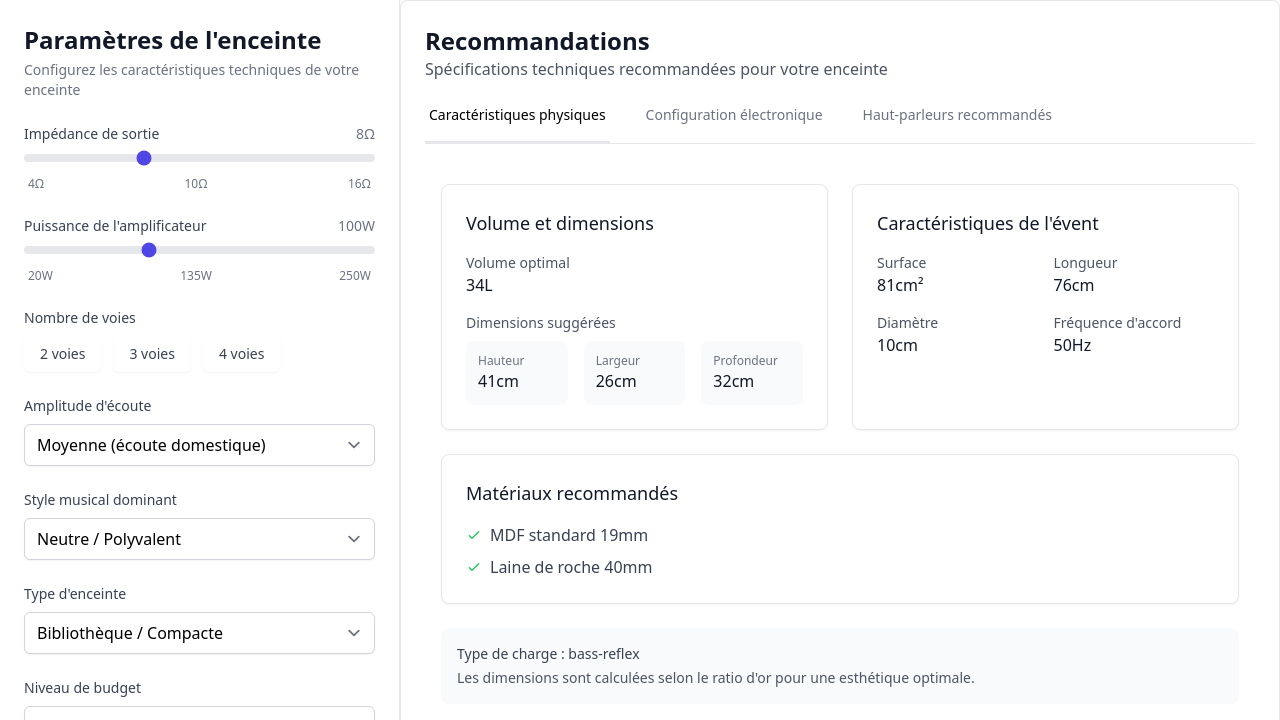
Repository: flobutbut/AcuoTune
Page: /
These files come from the project's save history. The page is drawn as it stood at one moment and after the next save; the edit follows.
The browser window is 1280 px wide. The pictures show the whole page.
The project was rebuilt for these pictures with package versions that can differ from the ones it lists, and the page was loaded fresh each time. Also part of the build but not shown: vite.config.ts, src/utils/calculations/electronic.ts, src/utils/calculations/frequency-response.ts, src/components/configurateur/FrequencyResponseChart.vue, src/components/configurateur/recommendations/ElectronicTab.vue, src/components/configurateur/recommendations/SpeakersTab.vue.

Above is the page before, as saved 2025-02-28 15:26:45.

After the next save:
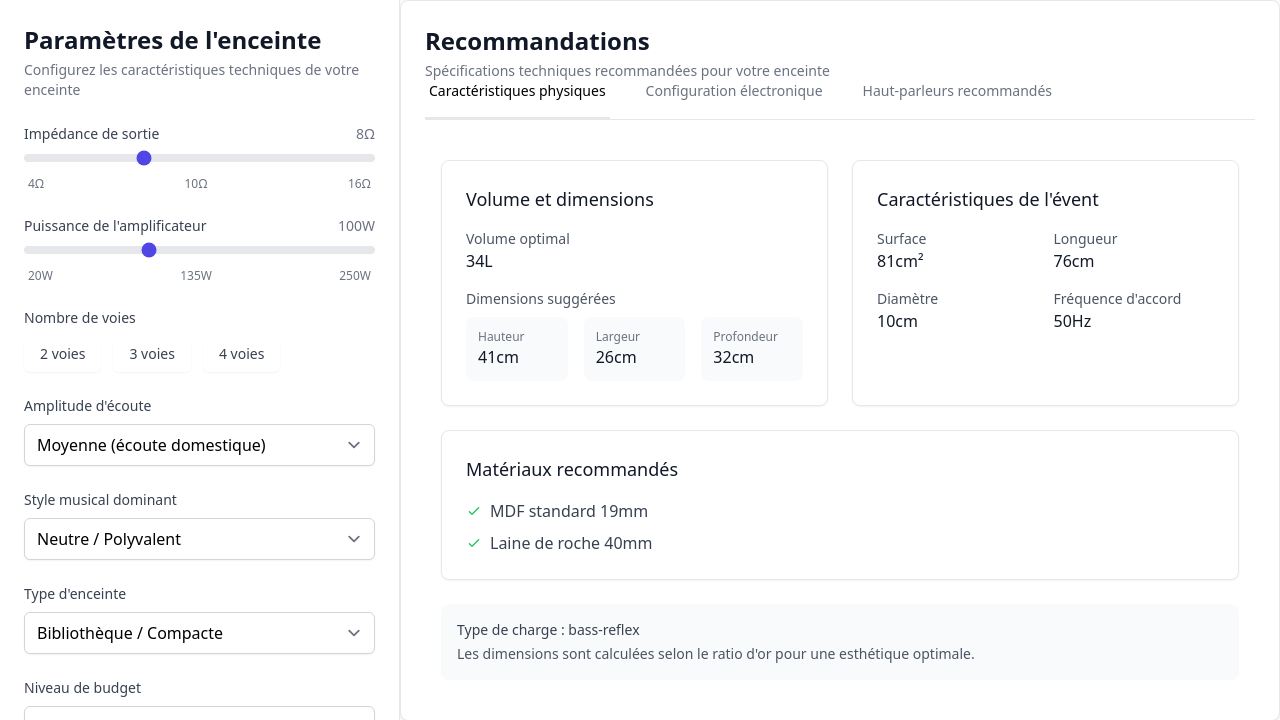
Saved 108 s later.
--- a/src/components/configurateur/RecommendationsPanel.vue
+++ b/src/components/configurateur/RecommendationsPanel.vue
@@ -59,7 +59,7 @@ const speakerRecommendations = [
     <div class="p-6">
 
       <h2 class="text-2xl font-bold text-gray-900">Recommandations</h2>
-      <p class="text-gray-600 mb-6">Spécifications techniques recommandées pour votre enceinte</p>
+      <p class="mt-1 text-sm text-gray-500">Spécifications techniques recommandées pour votre enceinte</p>
 
       <!-- Onglets -->
       <div class="border-b border-gray-200">
